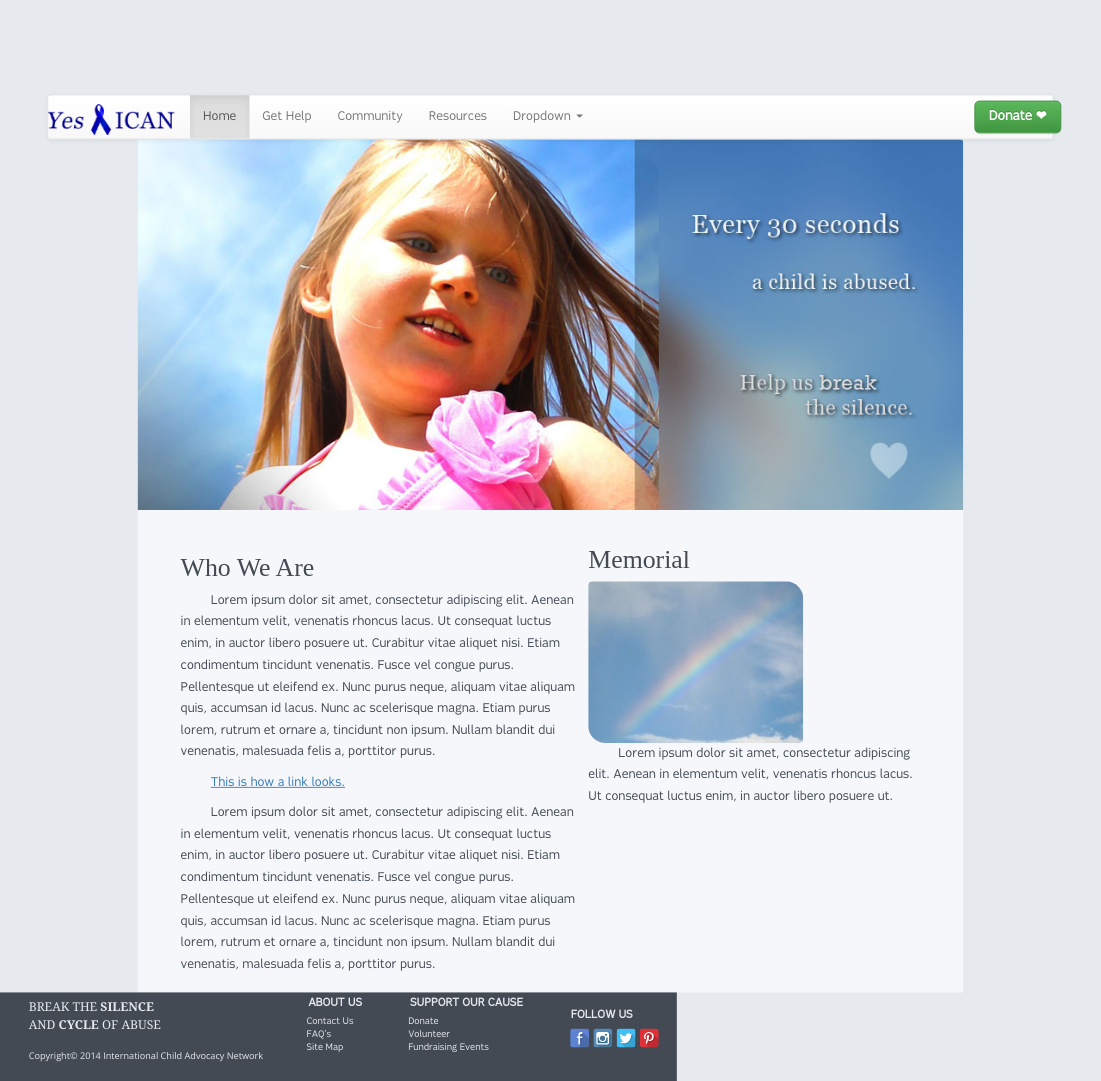
Repository: Rob21789/Yes-I-Can
Page: index.html
The author's editor kept a record of every edit. The page is drawn from the files as they stood at one moment, then again after the next edit.
The browser window is 1280 px wide. The pictures show the whole page, at 86% of full size.
Some web fonts or font styles are not loaded; a fallback is used. Some web libraries are served in a nearby version.

Above is the page before.
Not found: assets/js/ie-emulation-modes-warning.js
Not found: assets/js/ie10-viewport-bug-workaround.js

After the next edit:
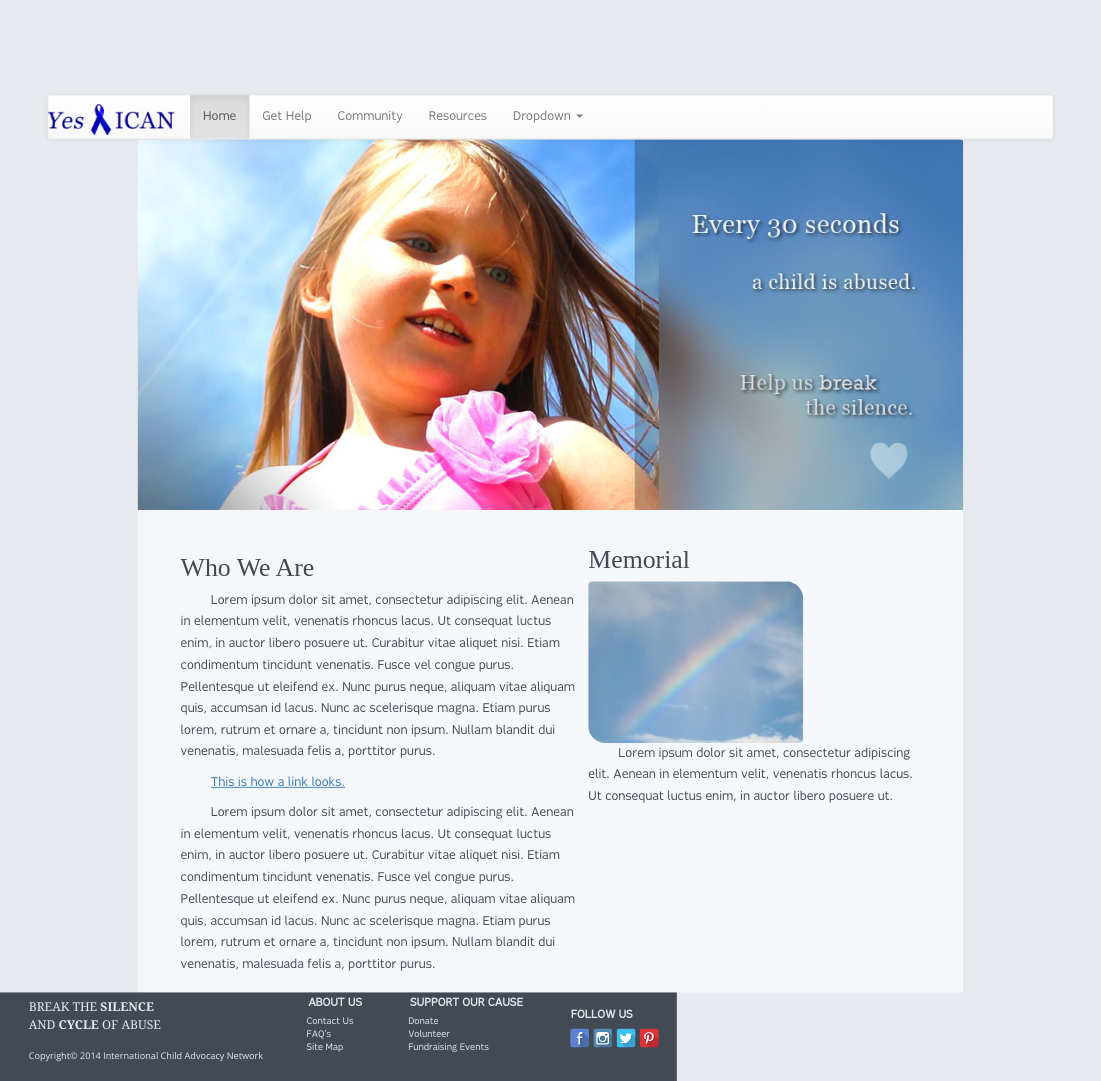
The edit:
--- a/index.html
+++ b/index.html
@@ -70,7 +70,7 @@
                 </ul>
               </li>
             </ul>
-            <ul class="nav navbar-nav navbar-right">
+           <!-- <ul class="nav navbar-nav navbar-right">
               <li><button type="button" class="btn btn-lg btn-success">Donate &#10084;</button></li>
               <style>
 
